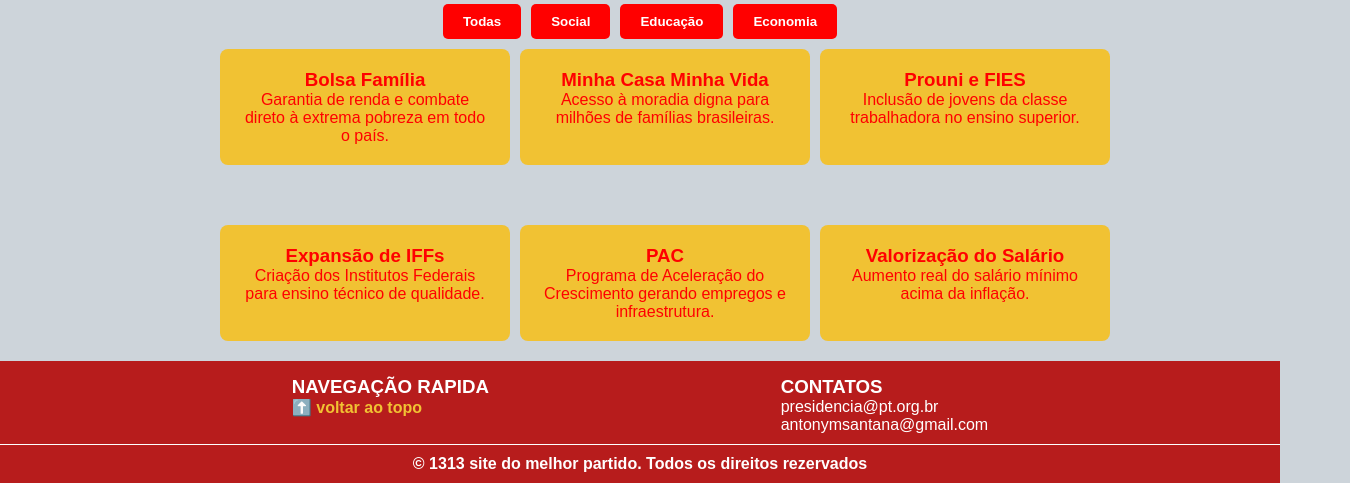
Repository: antonymsantana-design/second.revision
Page: html/html.html
An editor plug-in stored every save of this project. The page is shown before and after a run of saves, followed by the edit.
The browser window is 1280 px wide. The page is 1350 px wide, so the pictures cover 1350 px, including what lies to the right of the window. The pictures show the part of the page from y = 1723 to 2243 px (the page is 2206 px tall before and 2243 px after).

Above is the page before, as saved 2026-09-05 13:17:54.

After the next 2 saves:
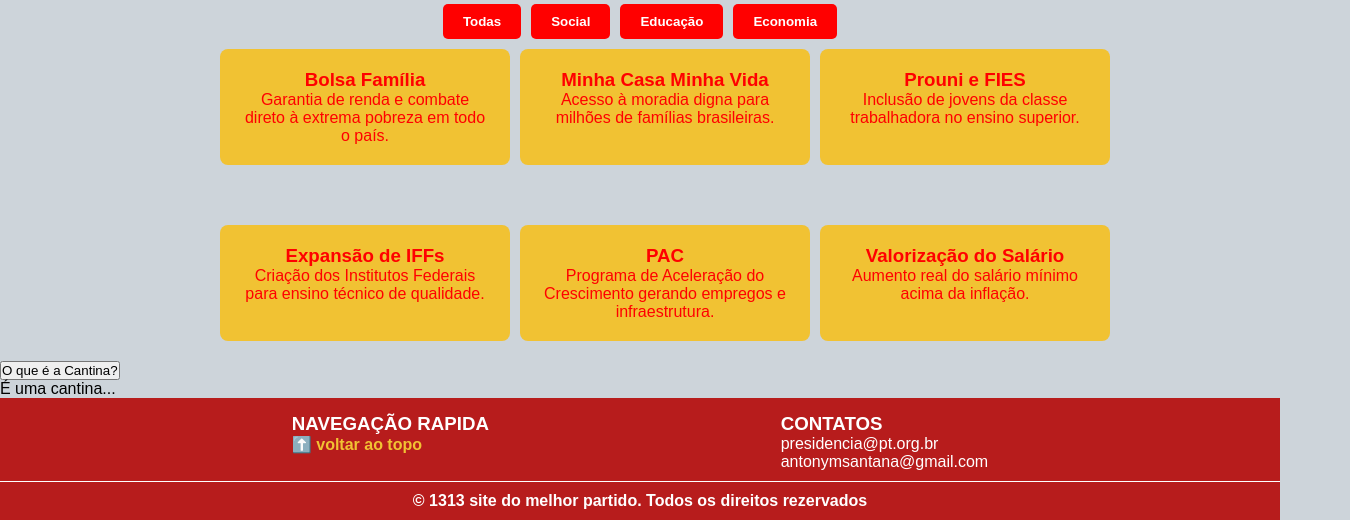
The 2 saves are shown as one change because they came seconds apart.
The last was saved 7 min 37 s later.
--- a/html/html.html
+++ b/html/html.html
@@ -161,7 +161,10 @@
       </div>
     </div>
 
-
+    <div class="faq">
+      <button onclick="mostrarResposta()">O que é a Cantina?</button>
+      <p id="resposta">É uma cantina...</p>
+    </div>
 
     <div class="modal-overlay" id="modalContato">
       <div class="modal-box">
